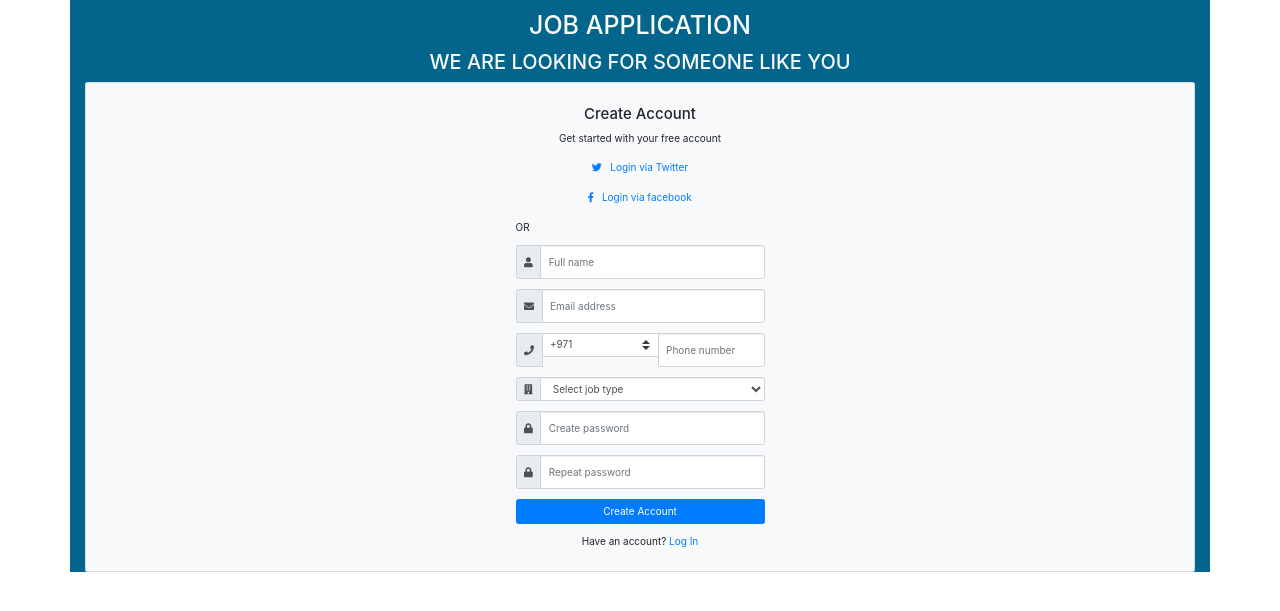
Repository: jenny241093/JS-Core
Page: 03.JSApplications/06.JSForFrontEndEx/skeleton/index.html
These files come from the project's save history. The page is drawn as it stood at one moment and after the next save; the edit follows.
The browser window is 1280 px wide. The pictures show the whole page.
Some web libraries are served in a nearby version.

Above is the page before, as saved 2019-04-01 15:08:59.

### 03.JSApplications/06.JSForFrontEndEx/skeleton/index.html
<!DOCTYPE html>
<html lang="en">

<head>
    <title>Bootstrap Example</title>
    <meta charset="utf-8">
    <meta name="viewport" content="width=device-width, initial-scale=1">
    <link rel="stylesheet" href="https://maxcdn.bootstrapcdn.com/bootstrap/3.4.0/css/bootstrap.min.css">
    <script src="https://ajax.googleapis.com/ajax/libs/jquery/3.3.1/jquery.min.js"></script>
    <script src="https://maxcdn.bootstrapcdn.com/bootstrap/3.4.0/js/bootstrap.min.js"></script>
</head>

<body>
    <link href="//maxcdn.bootstrapcdn.com/bootstrap/4.0.0/css/bootstrap.min.css" rel="stylesheet" id="bootstrap-css">
    <script src="//maxcdn.bootstrapcdn.com/bootstrap/4.0.0/js/bootstrap.min.js"></script>
    <script src="//cdnjs.cloudflare.com/ajax/libs/jquery/3.2.1/jquery.min.js"></script>
    <!------ Include the above in your HEAD tag ---------->

    <link rel="stylesheet" href="https://use.fontawesome.com/releases/v5.0.8/css/all.css">


    <div class="container" style="background-color:rgb(3, 101, 139)">
        <h1 class="card-title mt-3 text-center" style="color:rgb(249, 250, 250)">JOB APPLICATION</h1>
        <h2 class="card-title mt-3 text-center" style="color:rgb(249, 250, 250)">WE ARE LOOKING FOR SOMEONE LIKE YOU</h2>
        <div class="card bg-light">
            <article class="card-body mx-auto" style="max-width: 400px;">
                <h4 class="card-title mt-3 text-center">Create Account</h4>
                <p class="text-center">Get started with your free account</p>
                <p>
                    <a href="" class="btn btn-block btn-twitter"> <i class="fab fa-twitter"></i>   Login via Twitter</a>
                    <a href="" class="btn btn-block btn-facebook"> <i class="fab fa-facebook-f"></i>   Login via facebook</a>
                </p>
                <p class="divider-text">
                    <span class="bg-light">OR</span>
                </p>
                <form>
                    <div class="form-group input-group">
                        <div class="input-group-prepend">
                            <span class="input-group-text"> <i class="fa fa-user"></i> </span>
                        </div>
                        <input name="" class="form-control" placeholder="Full name" type="text">
                    </div>
                    <!-- form-group// -->
                    <div class="form-group input-group">
                        <div class="input-group-prepend">
                            <span class="input-group-text"> <i class="fa fa-envelope"></i> </span>
                        </div>
                        <input name="" class="form-control" placeholder="Email address" type="email">
                    </div>
                    <!-- form-group// -->
                    <div class="form-group input-group">
                        <div class="input-group-prepend">
                            <span class="input-group-text"> <i class="fa fa-phone"></i> </span>
                        </div>
                        <select class="custom-select" style="max-width: 120px;">
                <option selected="">+971</option>
                <option value="1">+972</option>
                <option value="2">+198</option>
                <option value="3">+701</option>
            </select>
                        <input name="" class="form-control" placeholder="Phone number" type="text">
                    </div>
                    <!-- form-group// -->
                    <div class="form-group input-group">
                        <div class="input-group-prepend">
                            <span class="input-group-text"> <i class="fa fa-building"></i> </span>
                        </div>
                        <select class="form-control">
                <option selected=""> Select job type</option>
                <option>Designer</option>
                <option>Manager</option>
                <option>Accaunting</option>
            </select>
                    </div>
                    <!-- form-group end.// -->
                    <div class="form-group input-group">
                        <div class="input-group-prepend">
                            <span class="input-group-text"> <i class="fa fa-lock"></i> </span>
                        </div>
                        <input class="form-control" placeholder="Create password" type="password">
                    </div>
                    <!-- form-group// -->
                    <div class="form-group input-group">
                        <div class="input-group-prepend">
                            <span class="input-group-text"> <i class="fa fa-lock"></i> </span>
                        </div>
                        <input class="form-control" placeholder="Repeat password" type="password">
                    </div>
                    <!-- form-group// -->
                    <div class="form-group">
                        <button type="submit" class="btn btn-primary btn-block"> Create Account  </button>
                    </div>
                    <!-- form-group// -->
                    <p class="text-center">Have an account? <a href="">Log In</a> </p>
                </form>
            </article>
        </div>
        <!-- card.// -->

    </div>
    <!--container end.//-->

</body>

</html>

After the next save:
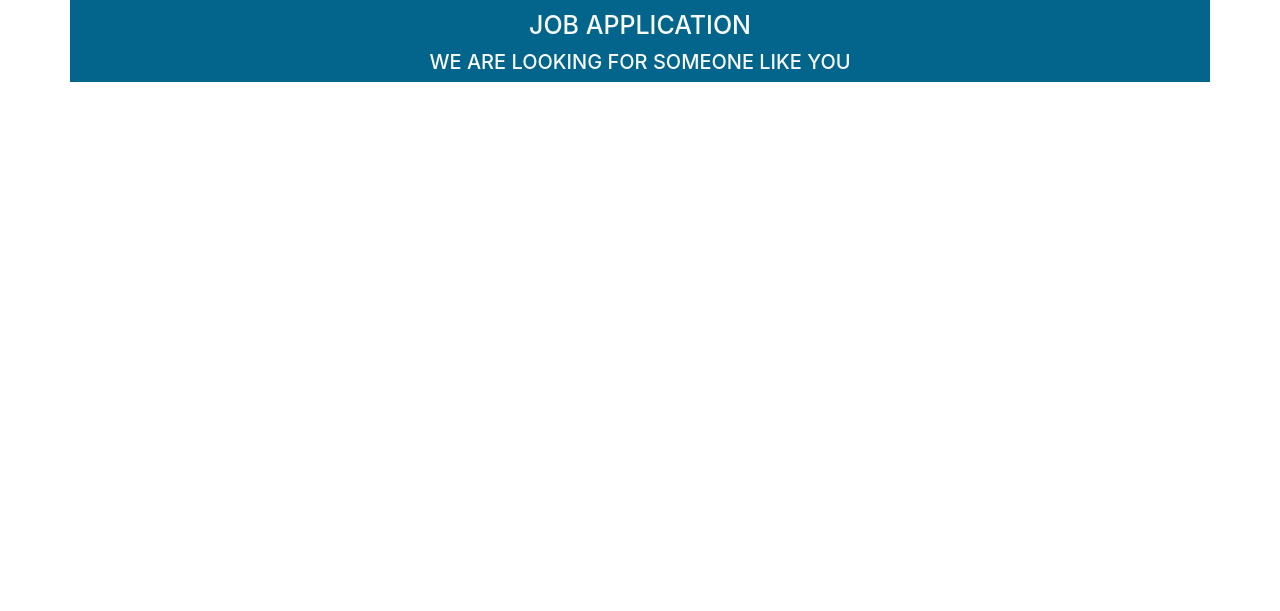
Saved 92 s later.
--- a/03.JSApplications/06.JSForFrontEndEx/skeleton/index.html
+++ b/03.JSApplications/06.JSForFrontEndEx/skeleton/index.html
@@ -22,79 +22,7 @@
     <div class="container" style="background-color:rgb(3, 101, 139)">
         <h1 class="card-title mt-3 text-center" style="color:rgb(249, 250, 250)">JOB APPLICATION</h1>
         <h2 class="card-title mt-3 text-center" style="color:rgb(249, 250, 250)">WE ARE LOOKING FOR SOMEONE LIKE YOU</h2>
-        <div class="card bg-light">
-            <article class="card-body mx-auto" style="max-width: 400px;">
-                <h4 class="card-title mt-3 text-center">Create Account</h4>
-                <p class="text-center">Get started with your free account</p>
-                <p>
-                    <a href="" class="btn btn-block btn-twitter"> <i class="fab fa-twitter"></i>   Login via Twitter</a>
-                    <a href="" class="btn btn-block btn-facebook"> <i class="fab fa-facebook-f"></i>   Login via facebook</a>
-                </p>
-                <p class="divider-text">
-                    <span class="bg-light">OR</span>
-                </p>
-                <form>
-                    <div class="form-group input-group">
-                        <div class="input-group-prepend">
-                            <span class="input-group-text"> <i class="fa fa-user"></i> </span>
-                        </div>
-                        <input name="" class="form-control" placeholder="Full name" type="text">
-                    </div>
-                    <!-- form-group// -->
-                    <div class="form-group input-group">
-                        <div class="input-group-prepend">
-                            <span class="input-group-text"> <i class="fa fa-envelope"></i> </span>
-                        </div>
-                        <input name="" class="form-control" placeholder="Email address" type="email">
-                    </div>
-                    <!-- form-group// -->
-                    <div class="form-group input-group">
-                        <div class="input-group-prepend">
-                            <span class="input-group-text"> <i class="fa fa-phone"></i> </span>
-                        </div>
-                        <select class="custom-select" style="max-width: 120px;">
-                <option selected="">+971</option>
-                <option value="1">+972</option>
-                <option value="2">+198</option>
-                <option value="3">+701</option>
-            </select>
-                        <input name="" class="form-control" placeholder="Phone number" type="text">
-                    </div>
-                    <!-- form-group// -->
-                    <div class="form-group input-group">
-                        <div class="input-group-prepend">
-                            <span class="input-group-text"> <i class="fa fa-building"></i> </span>
-                        </div>
-                        <select class="form-control">
-                <option selected=""> Select job type</option>
-                <option>Designer</option>
-                <option>Manager</option>
-                <option>Accaunting</option>
-            </select>
-                    </div>
-                    <!-- form-group end.// -->
-                    <div class="form-group input-group">
-                        <div class="input-group-prepend">
-                            <span class="input-group-text"> <i class="fa fa-lock"></i> </span>
-                        </div>
-                        <input class="form-control" placeholder="Create password" type="password">
-                    </div>
-                    <!-- form-group// -->
-                    <div class="form-group input-group">
-                        <div class="input-group-prepend">
-                            <span class="input-group-text"> <i class="fa fa-lock"></i> </span>
-                        </div>
-                        <input class="form-control" placeholder="Repeat password" type="password">
-                    </div>
-                    <!-- form-group// -->
-                    <div class="form-group">
-                        <button type="submit" class="btn btn-primary btn-block"> Create Account  </button>
-                    </div>
-                    <!-- form-group// -->
-                    <p class="text-center">Have an account? <a href="">Log In</a> </p>
-                </form>
-            </article>
-        </div>
+
         <!-- card.// -->
 
     </div>
